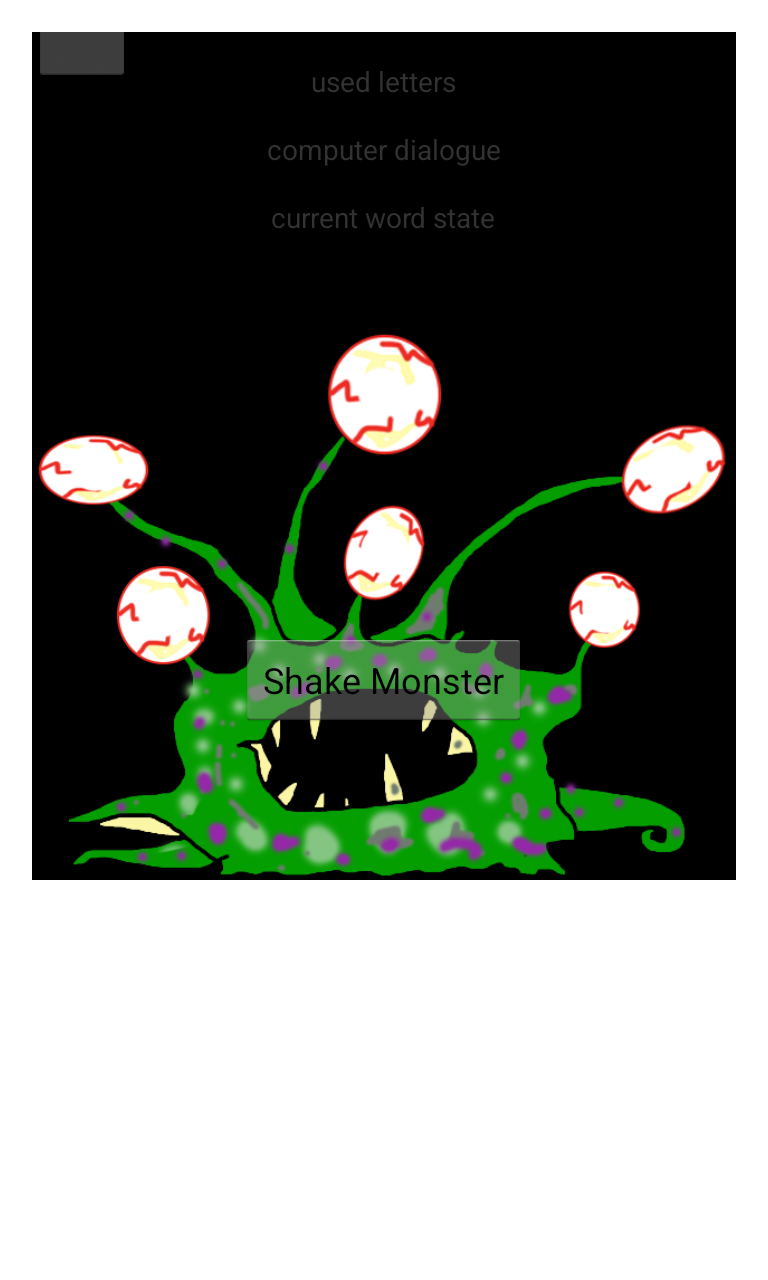
Repository: svandenhout/EvilSpaceMonsterHangman
Layout: evilSpaceMonsterHangman/res/layout/activity_main.xml
These files come from the project's save history. The layout is drawn as it stood at one moment and after the next save; the edit follows.
It is drawn on a 768 x 1280 px phone screen (xhdpi) without system bars, with theme AppTheme; the app's code is not run.

Above is the layout before, as saved 2013-12-17 09:21:58.

### evilSpaceMonsterHangman/res/layout/activity_main.xml
<RelativeLayout xmlns:android="http://schemas.android.com/apk/res/android"
              xmlns:tools="http://schemas.android.com/tools"
              android:layout_width="match_parent"
              android:layout_height="match_parent"
              android:paddingLeft="@dimen/activity_horizontal_margin"
              android:paddingRight="@dimen/activity_horizontal_margin"
              android:paddingTop="@dimen/activity_vertical_margin"
              android:paddingBottom="@dimen/activity_vertical_margin"
              tools:context=".MainActivity"
              android:orientation="vertical">

    <ImageView
        android:id="@+id/space_monster"
        android:layout_width="wrap_content"
        android:layout_height="wrap_content"
        android:src="@drawable/spacemonster"
        android:layout_centerHorizontal="true"
        android:adjustViewBounds="true"/>

    <TextView
            android:id="@+id/usedLetters"
            android:layout_width="wrap_content"
            android:layout_height="wrap_content"
            android:text="@string/used_letters"
            android:layout_centerHorizontal="true"
            android:layout_marginTop="15dp"/>

    <TextView
            android:id="@+id/computerDialogue"
            android:layout_width="wrap_content"
            android:layout_height="wrap_content"
            android:layout_centerHorizontal="true"
            android:text="@string/computer_dialogue"
            android:layout_below="@+id/usedLetters"
            android:layout_marginTop="15dp"/>

    <TextView
            android:id="@+id/currentWordState"
            android:layout_width="wrap_content"
            android:layout_height="wrap_content"
            android:layout_below="@id/computerDialogue"
            android:text="@string/current_word_state"
            android:layout_centerHorizontal="true"
            android:layout_marginTop="15dp"/>

    <!-- TODO: make buttons relative to the imageview -->
    <Button
        android:id="@+id/eye_6"
        android:layout_width="50dp"
        android:layout_height="50dp"
        android:layout_alignTop="@+id/space_monster"
        android:layout_alignParentLeft="true"
        android:layout_marginTop="-50px"
        />

    <Button
        android:id="@+id/eye_2"
        android:layout_width="50dp"
        android:layout_height="50dp"
        android:layout_marginTop="150dp"
        android:layout_alignParentRight="true"
        android:background="@null"/>

    <Button
        android:id="@+id/eye_5"
        android:layout_width="50dp"
        android:layout_height="50dp"
        android:layout_alignLeft="@+id/eye_6"
        android:layout_below="@+id/eye_6"
        android:layout_marginLeft="30dp"
        android:layout_marginTop="10dp"
        android:background="@null"/>

    <Button
        android:id="@+id/eye_3"
        android:layout_width="50dp"
        android:layout_height="50dp"
        android:layout_centerHorizontal="true"
        android:layout_marginTop="120dp"
        android:background="@null"/>

    <Button
        android:id="@+id/eye_1"
        android:layout_width="50dp"
        android:layout_height="50dp"
        android:layout_alignRight="@+id/eye_2"
        android:layout_below="@+id/eye_2"
        android:layout_marginRight="30dp"
        android:layout_marginTop="10dp"
        android:background="@null"/>

    <Button
        android:id="@+id/eye_4"
        android:layout_width="50dp"
        android:layout_height="50dp"
        android:layout_below="@+id/eye_3"
        android:layout_centerHorizontal="true"
        android:layout_marginTop="15dp"
        android:background="@null"/>

    <Button
        android:id="@+id/shake_button"
        android:layout_width="wrap_content"
        android:layout_height="wrap_content"
        android:layout_centerHorizontal="true"
        android:layout_marginTop="300dp"
        android:text="@string/shake_monster"/>



</RelativeLayout>

### evilSpaceMonsterHangman/res/values/strings.xml
<?xml version="1.0" encoding="utf-8"?>
<resources>

    <string name="app_name" >Hangman
    </string>

    <!-- settings & preferences -->
    <string name="hi_scores" >hi-scores
    </string>
    <string name="settings" >settings
    </string>
    <string name="reset" >reset game
    </string>

    <string name="title_user_name" >user name
    </string>
    <string name="title_word_length">word length
    </string>
    <string name="title_amount_of_turns">amount of turns
    </string>
    <string name="title_evil_mode">Evil Mode
    </string>

    <string name="summary_user_name">set your user name here
    </string>
    <string name="summary_word_length">set the length of the words that you want to use
    </string>
    <string name="summary_amount_of_turns">set the amount of turns until you lose
    </string>
    <string name="summary_evil_mode">Start playing Evil Mode, You will not win
    </string>

    <string name="dialog_user_name" >user name:
    </string>
    <string name="dialog_word_length">word length:
    </string>
    <string name="dialog_amount_of_turns">amount of turns:
    </string>
    <string name="dialog_evil_mode">Evil Mode?
    </string>


    <!-- game ui -->
    <string name="current_word" >current word
    </string>
    <string name="current_word_state" >current word state
    </string>
    <string name="used_letters" >used letters
    </string>
    <string name="computer_dialogue">computer dialogue</string>
    <string name="button_text">~</string>
    <string name="shake_monster">Shake Monster</string>

    <!-- game states -->
    <string name="game_won">game won
    </string>
    <string name="game_lost">game lost
    </string>

    <!-- computer monologue -->
    <string name="cmonologue_start">Pick a letter to start playing</string>
    <string name="cmonologue_used">This letter has already been used, try again</string>
    <string name="cmonologue_invalid">WHAT THE HELL IS THAT!?, try another one</string>
    <string name="cmonologue_wrong">Wrong guess, pick again</string>
    <string name="cmonologue_correct">Lucky, why don\'t you try again?</string>
    <string name="cmonologue_won">:((</string>
    <string name="cmonologue_lost">:-)</string>
</resources>

Loaded but not shown: evilSpaceMonsterHangman/res/values/styles.xml (common file); evilSpaceMonsterHangman/res/values-v11/styles.xml (common file); evilSpaceMonsterHangman/res/values-v14/styles.xml (common file); evilSpaceMonsterHangman/res/values/dimens.xml (common file)

After the next save:
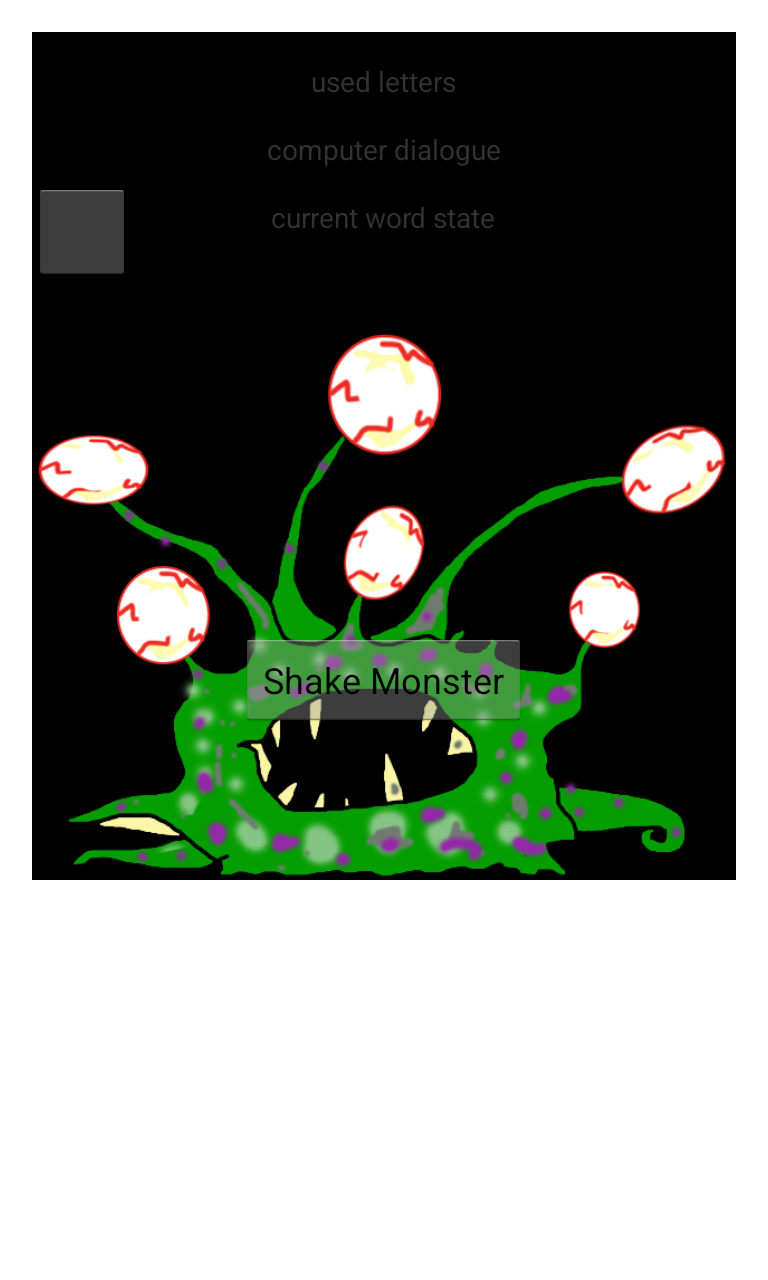
Saved 25 s later.
--- a/evilSpaceMonsterHangman/res/layout/activity_main.xml
+++ b/evilSpaceMonsterHangman/res/layout/activity_main.xml
@@ -50,7 +50,7 @@
         android:layout_height="50dp"
         android:layout_alignTop="@+id/space_monster"
         android:layout_alignParentLeft="true"
-        android:layout_marginTop="-50px"
+        android:layout_marginTop="150px"
         />
 
     <Button
